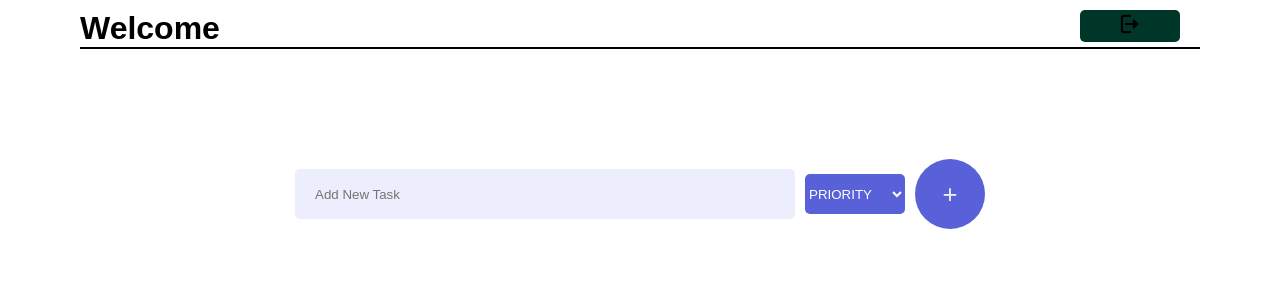
Repository: tebo27cMd/todo_App
Page: /HomePage
An editor plug-in stored every save of this project. The page is shown before and after the next save, followed by the edit.
The browser window is 1280 px wide. The pictures show the whole page.
The page's requests for data from a server got no answer. The project was rebuilt for these pictures with package versions that can differ from the ones it lists, and the page was loaded fresh each time. No one was signed in, and anything a server would have sent is missing. Also part of the build but not shown: src/Pages/LoginPage.jsx, src/Pages/SignInPage.jsx.

Above is the page before, as saved 2022-08-23 12:28:11.

### src/App.js
import React, {useState, useEffect} from 'react';
import './App.css';
import LoginPage from './Pages/LoginPage';
import SignInPage from './Pages/SignInPage';
import HomePage from './Pages/HomePage';

import {BrowserRouter as Router,Routes,Route,Link} from "react-router-dom";

//import {collection, getDocs, getDoc, doc, deleteDoc} from 'firebase/firestore'







function App() {


  const [tasks, setTasks] = useState([]);

  const addTasks = ((task, priorityType)=>{
    setTasks((tasks)=>[...tasks, {
      task:task,
      priorityType:priorityType
    }])

    console.log(tasks);
  })
  return (
    <div className="App">

      <Router>
      <Routes>
        <Route exact path="/" element = {<LoginPage/>}></Route>
        <Route path="/SignInPage" element = {<SignInPage/>}></Route>
        <Route exact path="/HomePage" element = {<HomePage/>}></Route>
      </Routes>
    </Router>

    </div>
  );
}

export default App;

### src/App.css
* {
  box-sizing: border-box;
  margin: 0;
  padding: 0;
  font-family: 'Times New Roman', Times, serif;
}

### src/Pages/HomePage.jsx

import React, { useState, useEffect } from "react";

  import '../css/HomePage.css';

  import {db} from '../Config-file/firebase';

  import {addDoc, collection,getDocs} from 'firebase/firestore';
  import CheckCircleIcon from "@mui/icons-material/CheckCircle";


  import logout from '../image/logout.png'





function HomePage() {
  const[task, setTask]= useState('');
  const[priority, setPriority] = useState('');

  const[items, setItem] = useState([]);

  const itemRef =collection(db,"Tasks");

  const getItems = async()=>{
      let data = await getDocs(itemRef);
      setItem(data.docs.map((doc)=>({...doc.data(), id: doc.id})))
  }

  const addItems = async()=>{
     await addDoc(itemRef, {task:task, priority:priority})
     alert("Item added Successfully");
    getItems();
    }


    useEffect(()=>{
      getItems();
   }, [])





    return (
      <div className="AddTask">
          <div className="topPart">
              <h1>Welcome</h1>
              <button><div className="tick"><img src={logout} alt="" /></div></button>
          </div>

          <div className="bottomPart">
            <div className="input-fields">
              <input className="typeTask" type="text" placeholder="Add New Task" onChange={(e)=>setTask(e.target.value)}/>
                <select name="priority" id="priority" onChange={(e)=>setPriority(e.target.value)}>
                    <option value="Priority">PRIORITY</option>
                    <option value="High">High</option>
                    <option value="Medium">Medium</option>
                    <option value="Low">Low</option>

                </select>

                <button className="topBtn" onClick={addItems}>+</button>

            </div>

            <div className="task-list">
            {
                        items.map(item=>((
                            <div className="items" key={item.id}>
                                {
                                    item.priority == "Low" ? (

                                        <div className="item" style={{borderBottom: "3px solid green"}}>
                                        <span>{item.task}</span>
                                        <button className="complete"><div className="CheckLow"><CheckCircleIcon id="i" /></div></button>
                                        </div>

                                    ):item.priority == "Medium" ? (
                                        <div className="item" style={{borderBottom: "3px solid orange"}}>
                                        <span>{item.task}</span>
                                        <button className="complete"><div className="CheckMedium"><CheckCircleIcon id="i" /></div></button>
                                        </div>
                                    ):item.priority == "High" ? (
                                        <div className="item" style={{borderBottom: "3px solid red"}}>
                                        <span>{item.task}</span>
                                        <button className="complete"><div className="CheckHigh"><CheckCircleIcon id="i" /></div></button>

                                        </div>
                                    ):(
                                        <div>

                                        </div>
                                    )
                                }




                            </div>
                        )))
                    }
            </div>

          </div>

      </div>
    )
  }



export default HomePage;

### src/Pages/LoginPage.css
@import url("https://fonts.googleapis.com/css?family=Roboto&display=swap");
:root
{
    --btnGreen: #339eb1;
    --beige: beige;

}

.LoginPage{
    display: grid;
    grid-template-columns: 40% 60%;
    width: 100vw;
    height: 100vh;
    font-family:'Roboto' ;
}

.LoginPage aside{
    background: url(../Images/Ado.jpeg);
    background-size: cover;
}

.LoginPage section{
    display: flex;
    flex-direction: column;
    justify-content: center;
    align-items: center;
    padding: 50px;

}

.LoginPage .welcome{
    margin-top: 20px;
    margin-bottom: 20px;
    font-weight: bolder;
    font-size: 2em;
    font-family:'Roboto' ;
    color: #4c52ac;
}

.LoginPage .paragraph1{
    margin-bottom: 20px;
    font-size: 1.2em;
    color: #4c52ac;
}

.LoginPage .input-control{
    display: flex;
    flex-direction: column;
    align-self: flex-start;
    width: 100%;

}

.LoginPage .input-control label{
    margin-top: 10px;
    margin-bottom: 10px;
    font-size: 1.4em;

}

.LoginPage .input-control input{
    font-size: 1.2em;
    height: 50px;
    padding: 20px 10px 20px 10px;
    margin-top: 10px;
    border: none;
    border-radius: 10px;
    width: 100%;
    background-color: #eee;

}

.LoginPage button{
    width: 300px;
    height: 50px;

}
.LoginPage .lgnBtn:hover{
   background-color:#4c52ac;
   border-color: #7bff00;
}
.LoginPage .lgnBtn{
    margin-top: 50px;
    border-radius: 5px;
    border: none;
    background-color: var(--btnGreen);
    font-size: 1em;
    cursor: pointer;
    color: white;
}

.LoginPage .create{
    font-family:'Roboto' ;
    margin-top: 30px;
}


Link{
    color: var(--btnGreen);
}

.LoginPage .or{
    font-weight: lighter;
    font-size: 1em;
    margin: 20px;
}

.LoginPage .signBtn{

    margin: 20px;
    padding-right: 20px;
    border-radius: 5px;
    border-color: #4c52ac;
    cursor: pointer;
    background-color: white;
    border-radius: 7px;
}



.logo{
    display: flex;
    flex-direction: row;
    justify-content: center;

}

.logo img{
    width: 50px;
    height: 30px;
    padding-left: 10px;
}

.logo span{
    padding-top: 7px;
}

### src/Config-file/firebase.js
// Import the functions you need from the SDKs you need
import { initializeApp } from "firebase/app";
import { getFirestore } from "@firebase/firestore";
import {getAuth} from 'firebase/auth';

const firebaseConfig = {
  apiKey: "AIzaSyB44VhlyOGLme-EDCUVNbbB2UbazBO3qIY",
  authDomain:  "todo-433b6.firebaseapp.com",
  projectId:"todo-433b6",
  storageBucket: "todo-433b6.appspot.com",
  messagingSenderId: "23893463738",
  appId:"1:23893463738:web:7b7d1fefeddfc1abce6883",
  measurementId: "G-QQNBP66G32"
};

// Initialize Firebase
const app = initializeApp(firebaseConfig);
const db = getFirestore(app);
const auth = getAuth(app);
export  {auth, db};

### src/css/HomePage.css


*{
    box-sizing:border-box;
    margin: 0;
    padding: 0;
    font-family: sans-serif;
}


.topPart{
    display: flex;
    justify-content: space-between;
    margin: 10px 80px;
    border-bottom: 2px solid black;

}

.topPart button{
    width: 100px;
    margin:0px 20px 5px 0px;
    border-radius: 5px;
    border: none;
    background-color: #003627;
    cursor: pointer;
    color: white;
    font-size: 1.2em;

}
.topPart img {
    height: 20px;
}

.topPart button:hover{
    background-color: rgba(245, 27, 27, 0.815);
    color: black;
}

.bottomPart{
    display: flex;
    flex-direction: column;
    justify-content: center;
    align-items: center;
    margin-top: 80px;
}

.bottomPart input{
    margin-right: 10px;
    height: 50px;
    width: 500px;
    padding-left: 20px;
    border: none;
    background-color: #ecedfd;
    border-radius: 5px;

}

.bottomPart select{
    margin-right: 10px;
    height: 40px;
    width: 100px;
    border: none;
    background-color: #5861d8;
    border-radius: 5px;
    color: white;
}

.bottomPart .topBtn{
    height: 70px;
    width: 70px;
    border-radius: 50px;
    border: none;
    color: #eee;
    font-size: 1.6em;
    background-color: #5861d8;
    cursor: pointer;

}
.bottomPart .CheckHigh{
    border-radius: 50px;
    border: none;
    background-color: #5861d8;
    color: rgb(255, 255, 255);
    font-size: 1.6em;
    cursor: pointer;
}
.bottomPart .CheckHigh:hover{
    background-color: red;
}
.bottomPart .CheckMedium{
    border-radius: 50px;
    border: none;
    background-color: #5861d8;
    color: rgb(255, 255, 255);
    font-size: 1.6em;
    cursor: pointer;
}
.bottomPart .CheckMedium:hover{
    background-color: yellow;
}
.bottomPart .CheckLow{
    border-radius: 50px;
    border: none;
    background-color: #5861d8;
    color: rgb(255, 255, 255);
    font-size: 1.6em;
    cursor: pointer;
}
.bottomPart .CheckLow:hover{
    background-color: green;
}

.bottomPart button:hover{
    background-color: #776e7625;
    color: black;
}

input{
height: 90px;
}
.input-fields {
    display: flex;
    align-items: center;
    height: 130px;

}

/* Task list*/


.task-list{
    width: 600px;
    margin-right: 60px;

}

.item{
    display: flex;
    text-align: center;
    justify-content: space-between;
    padding: 10px;
    border-radius: 5px;
    border: none;
    box-shadow: 2px 2px 5px 0px rgb(123, 126, 173);
    background-color: #ecedfd;
}
.items{
    padding: 5px 0;
}
.item button{
    border: none;
    border-radius: 50px;
    width: 80px;
    height: 40px;
    font-size: 20px;
    cursor: pointer;

}

Loaded but not shown: public/index.html (common file); src/index.js (common file); src/reportWebVitals.js (common file)

After the next save:
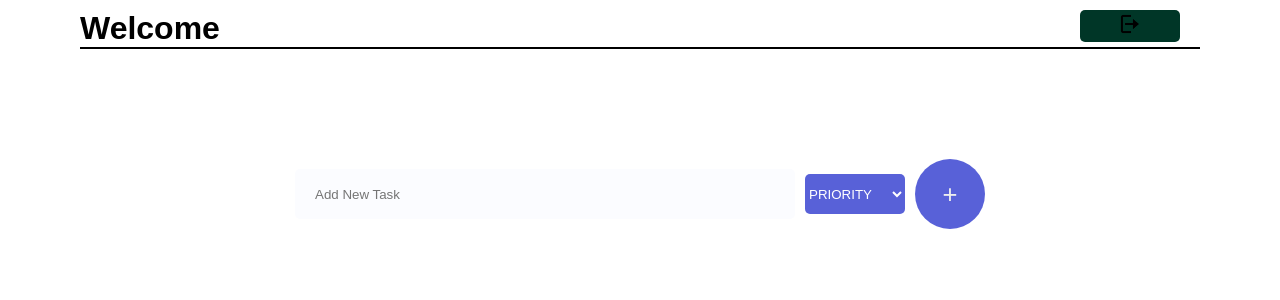
Saved 74 s later.
--- a/src/css/HomePage.css
+++ b/src/css/HomePage.css
@@ -50,7 +50,7 @@
     width: 500px;
     padding-left: 20px;
     border: none;
-    background-color: #ecedfd;
+    background-color: #fbfcff;
     border-radius: 5px;
 
 }

After the save that followed:
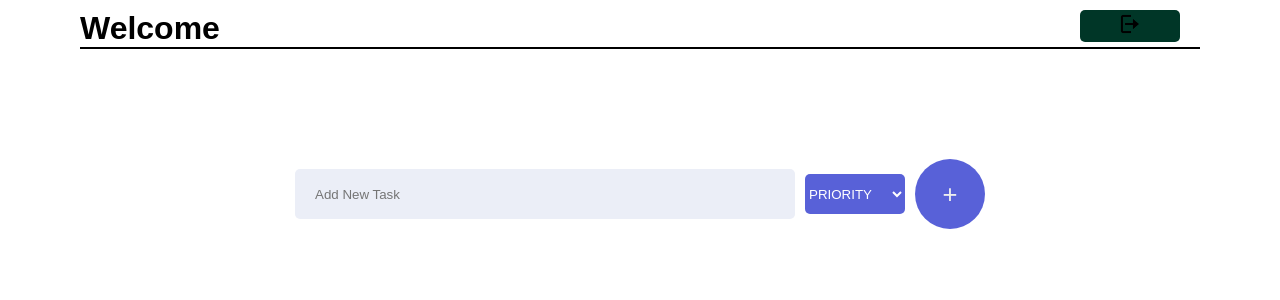
Saved 22 s later.
--- a/src/css/HomePage.css
+++ b/src/css/HomePage.css
@@ -50,7 +50,7 @@
     width: 500px;
     padding-left: 20px;
     border: none;
-    background-color: #fbfcff;
+    background-color: #ebeef7;
     border-radius: 5px;
 
 }
